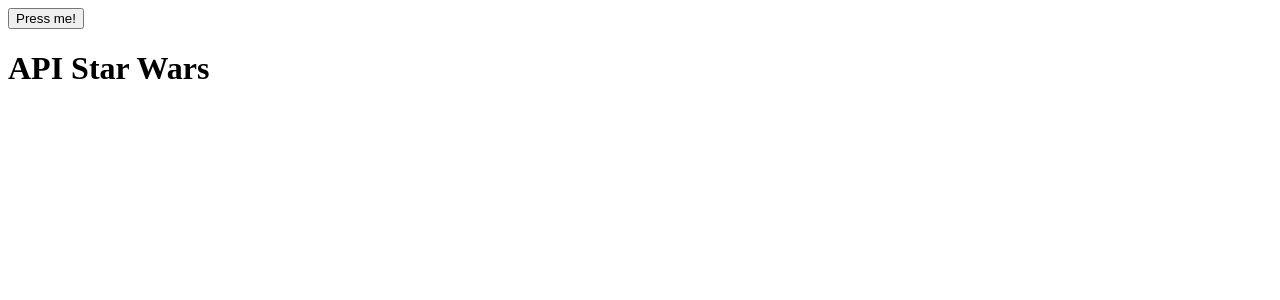
Repository: arione15/Ud-LS_JS_Fetch_Promise
Page: index.html
These files come from the project's save history. The page is drawn as it stood at one moment and after a run of saves; the edit follows.
The browser window is 1280 px wide. The pictures show the whole page.

Above is the page before, as saved 2021-08-22 23:43:36.

After the next 5 saves:
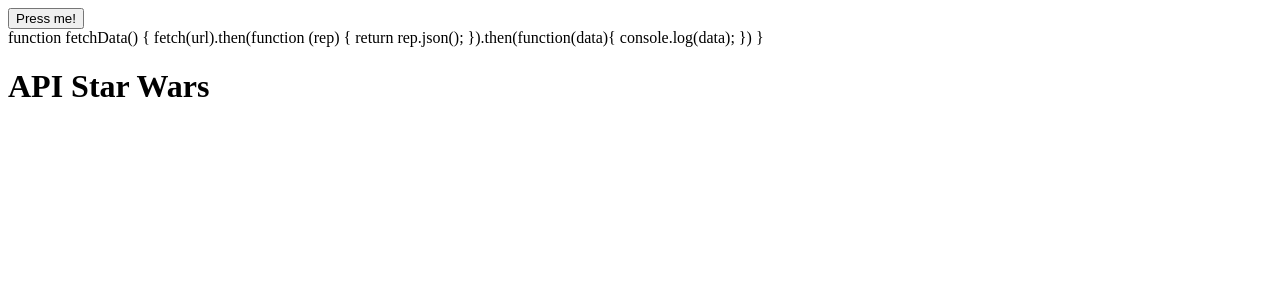
The 5 saves are shown as one change because they came seconds apart.
The last was saved 34 s later.
--- a/app.js
+++ b/app.js
@@ -7,7 +7,7 @@
 
 const output = document.createElement("div");
 document.body.appendChild(output);
-
+output.textContent=
 
 
 function fetchData() {

After the save that followed:
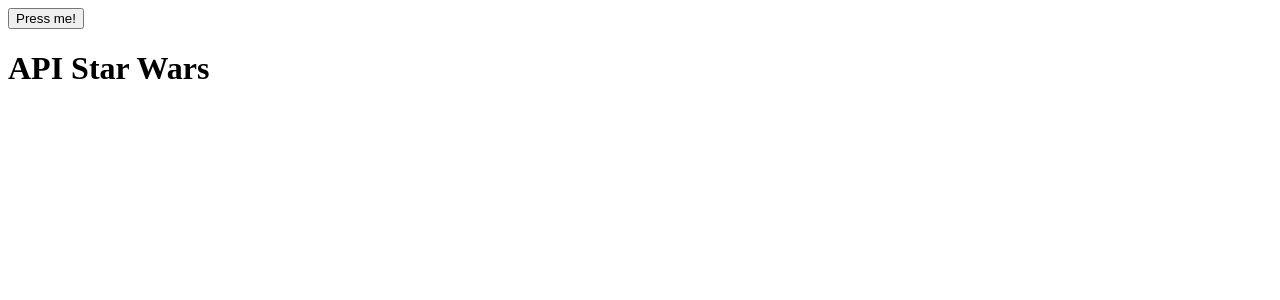
Console error: ReferenceError: data is not defined
Saved 72 s later.
--- a/app.js
+++ b/app.js
@@ -7,7 +7,7 @@
 
 const output = document.createElement("div");
 document.body.appendChild(output);
-output.textContent=
+output.textContent=data
 
 
 function fetchData() {
